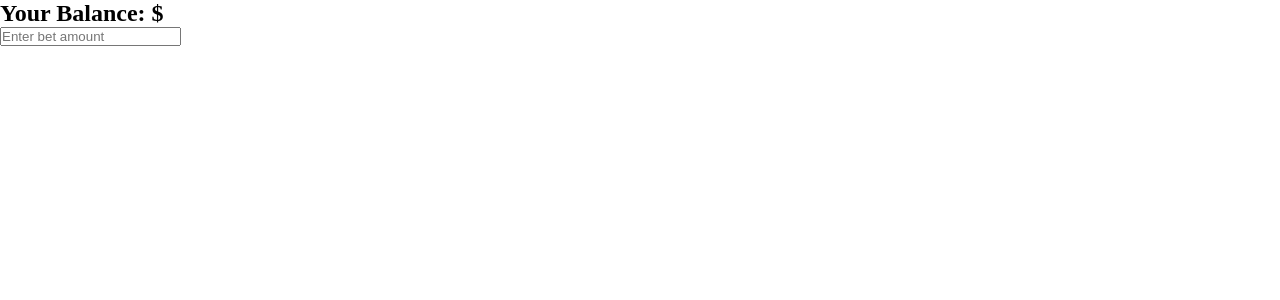
Repository: raghhavv03/javascript-practice
Page: task-5/bet.html
The author's editor kept a copy of each file at every save. The page is drawn from the files as they stood at one save, then again after the next save.
The browser window is 1280 px wide. The pictures show the whole page.

Above is the page before, as saved 2026-02-09 00:28:50.
Console error: TypeError: Cannot read properties of null (reading 'addEventListener')

After the next save:
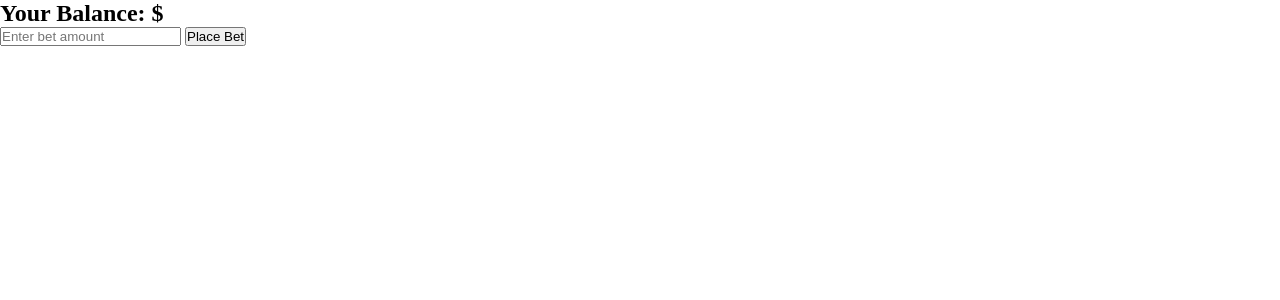
Saved 7 s later.
--- a/task-5/bet.html
+++ b/task-5/bet.html
@@ -9,6 +9,6 @@
         <h2>Your Balance: $<span id="balance"></span></h2>
 
         <input type="number" id="bet-input" placeholder="Enter bet amount">
-        <butt
+        <button id="place-bet-btn">Place Bet</button>
     </body>
 </html>
